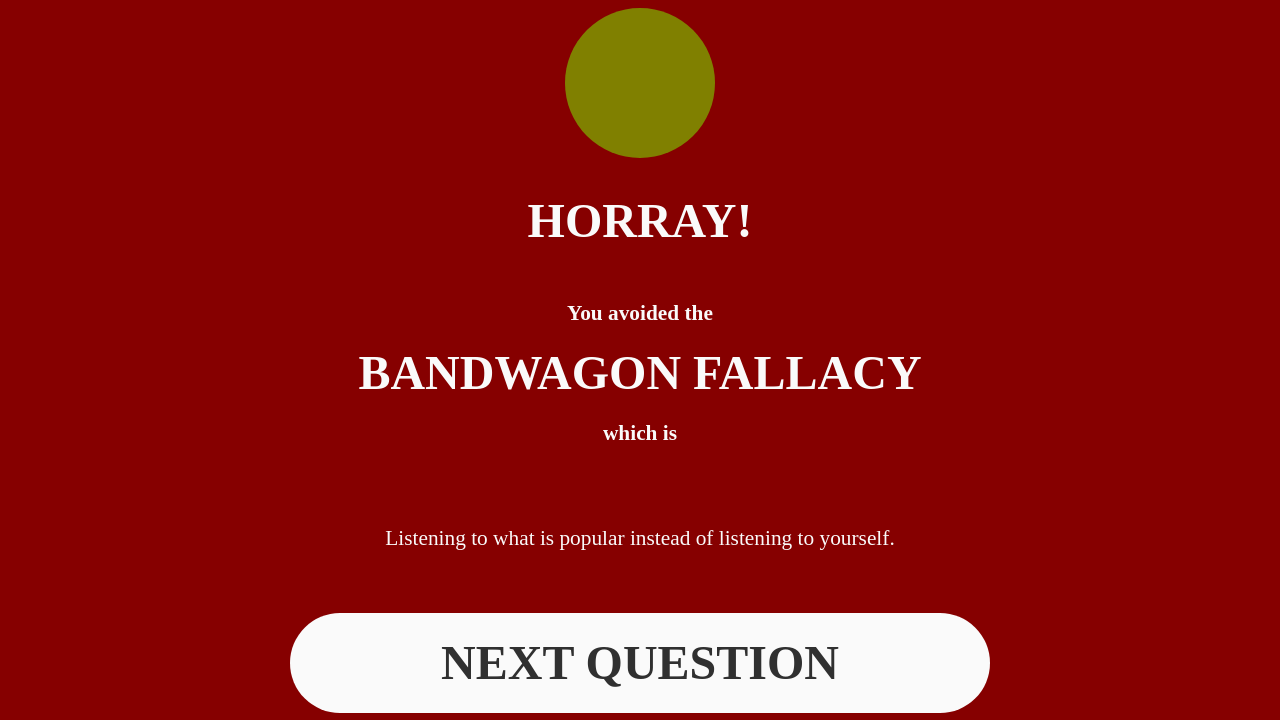
Repository: cindyvunguyen/fallacy
Page: index.html
An editor plug-in stored every save of this project. The page is shown before and after the next save, followed by the edit.
The browser window is 1280 px wide. The pictures show the whole page.
After loading, the first visible `button.white-button` was clicked once.
Some web fonts or font styles are not loaded; a fallback is used.

Above is the page before, as saved 2020-03-13 14:26:37.

After the next save:
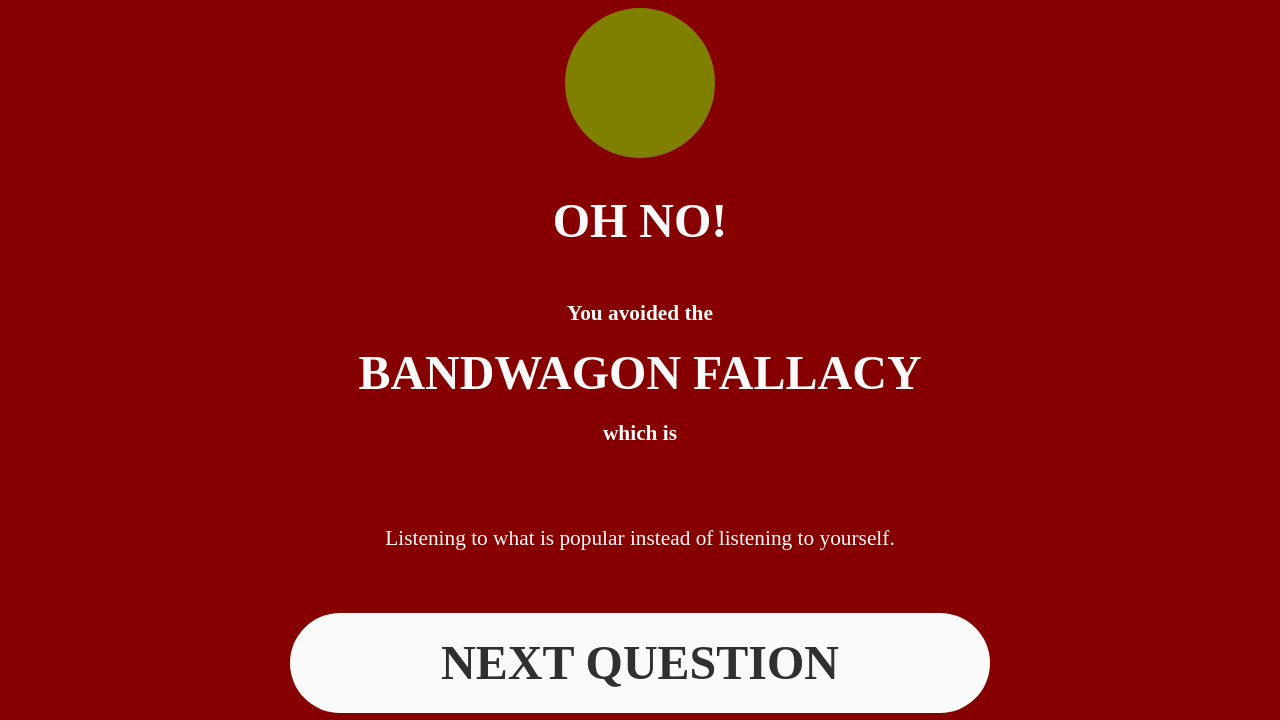
Saved 105 s later.
--- a/js.js
+++ b/js.js
@@ -15,6 +15,7 @@
 
 function switchPage() {
     document.querySelector("#correct-incorrect-page").style.backgroundColor = "#860000";
+    document.querySelector("#cip-text1").innerText = "OH NO!";
 }
 
 // SOPHIA END
